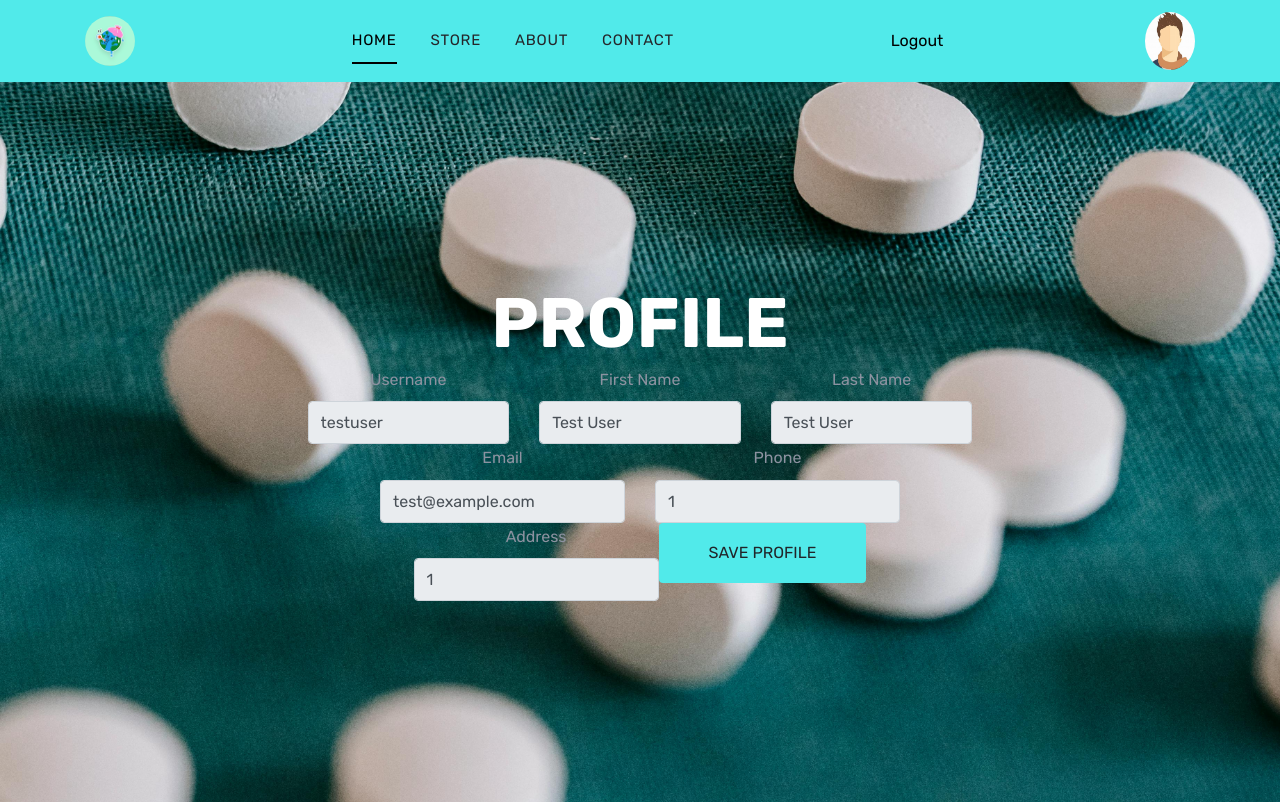
Repository: Argivist/Web-Doctor
Page: http://localhost/view/edit_profile.php
The author's editor kept a copy of each file at every save. The page is drawn from the files as they stood at one save, then again after the next save.
The browser window is 1280 px wide. The pictures show the whole page.
Some web fonts or font styles are not loaded; a fallback is used. The page is run by PHP 8.4 with error messages shown; the project is at /var/www/html/. The session is filled in as if someone had signed in: {"id": 1, "username": "testuser", "fname": "Test User", "lname": "Test User", "email": "test@example.com", "phone": 1, "address": 1}.

Above is the page before, as saved 2024-02-20 21:46:59.

After the next save:
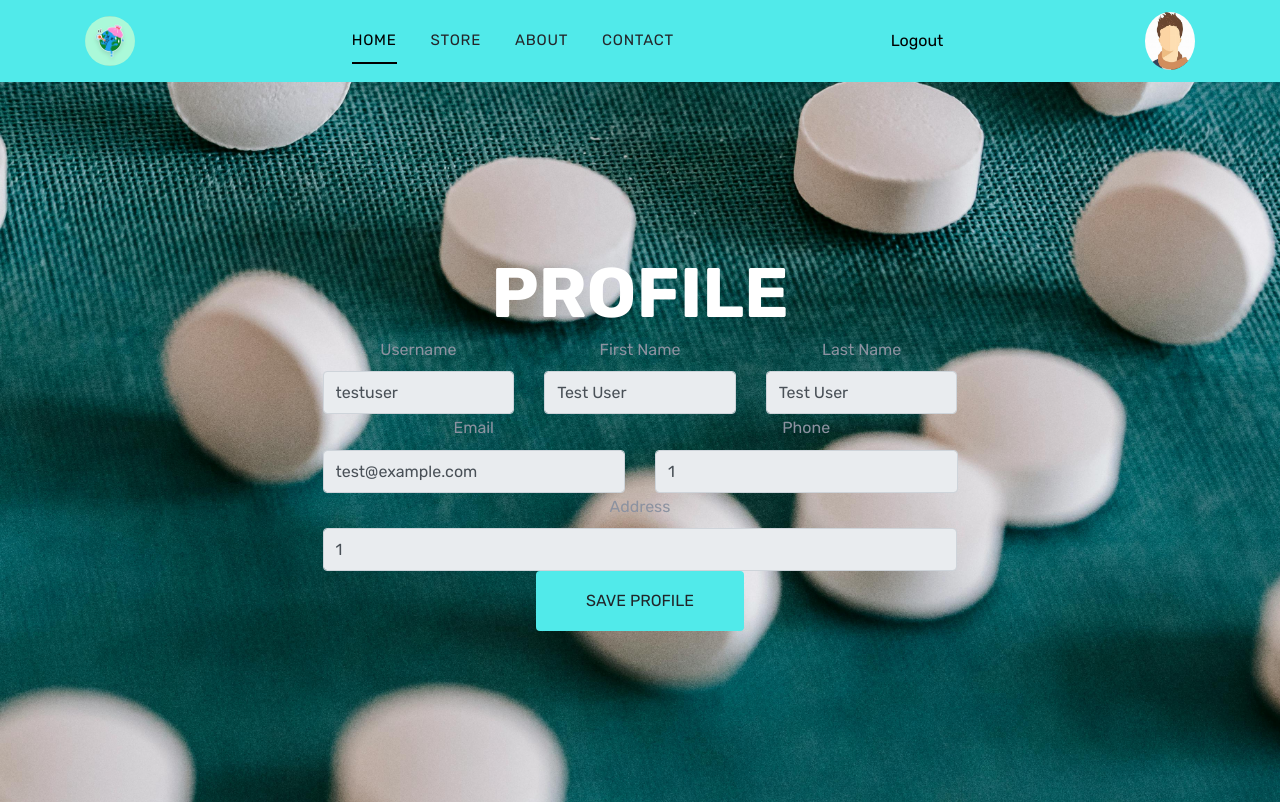
Saved 36 s later.
--- a/view/edit_profile.php
+++ b/view/edit_profile.php
@@ -85,7 +85,7 @@ if (!isset($_SESSION['id'])) {
                         <div class="site-block-cover-content text-center">
                             <!--Profile page-->
                             <h1 class="mb-0">Profile</h1>
-                            <div class="row justify-content-center">
+
                                 <div class="row">
                                     <div class="col">
                                         <label for="uname">Username</label>
